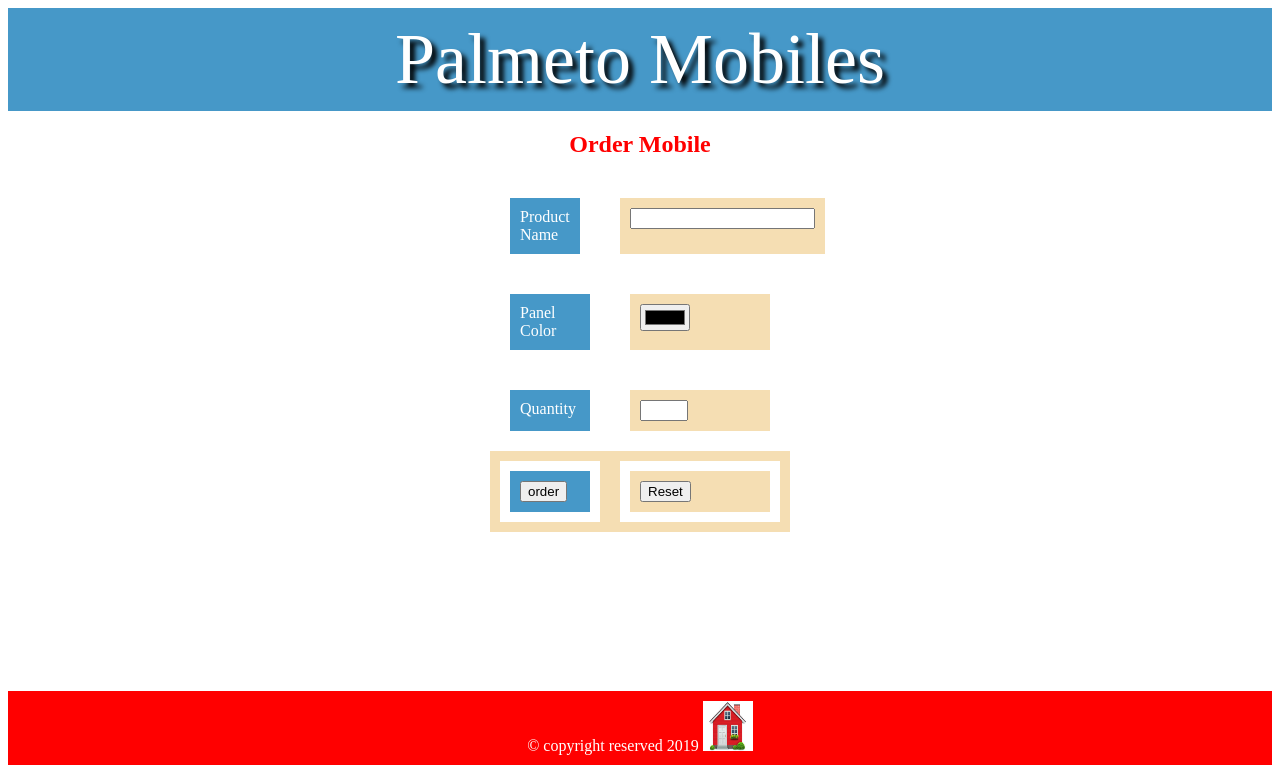
Repository: abhishekj720/HSBCLearn
Page: http://localhost/HtmlCssDemo/order.html
An editor plug-in stored every save of this project. The page is shown before and after the next save, followed by the edit.
The browser window is 1280 px wide. The pictures show the whole page.
The page is served by Tomcat 9.

Above is the page before, as saved 2019-07-29 10:46:19.

After the next save:
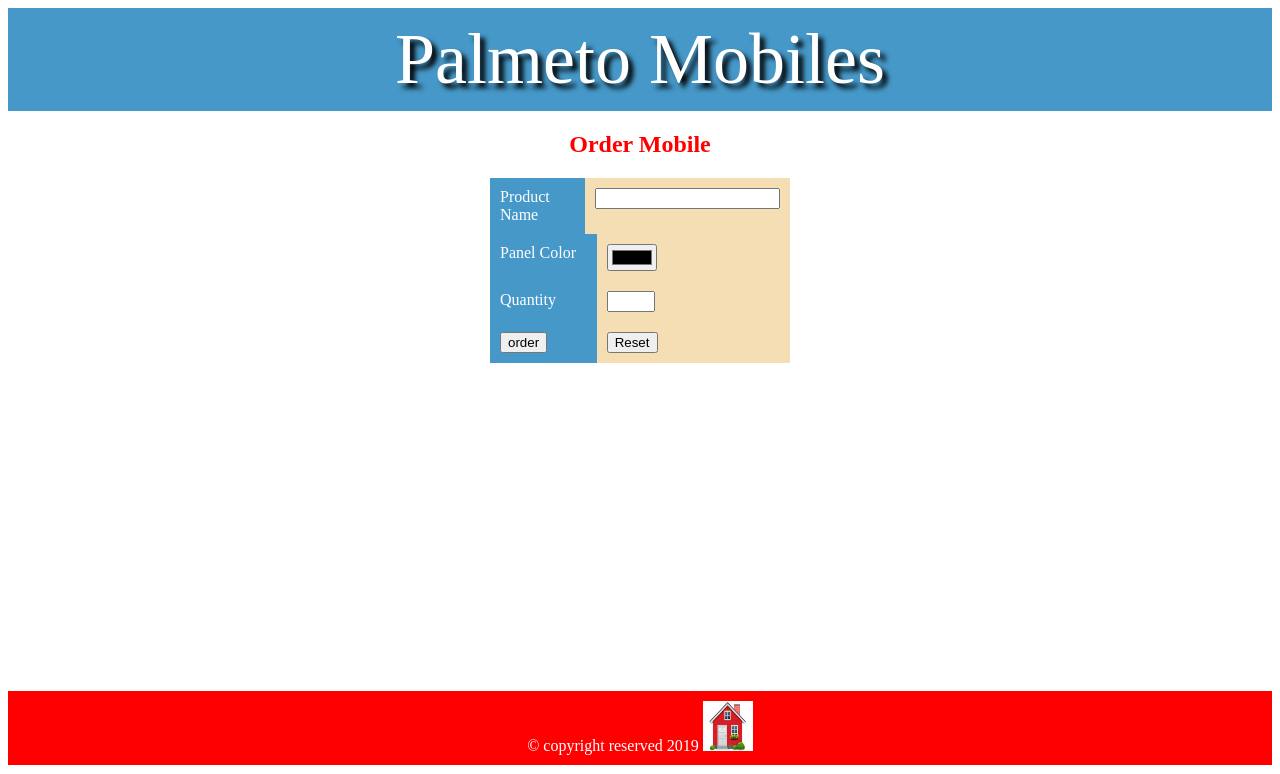
Saved 43 s later.
--- a/html/HtmlCssDemo/WebContent/frm.css
+++ b/html/HtmlCssDemo/WebContent/frm.css
@@ -8,16 +8,14 @@ th,td{
 }
 .title{
 	background-color:#4698c8;
-	margin:10px;
-	border:10px solid white;
+
 	width:100px;
 	padding:10px;
 	color:white;
 }
 .data{
 	background-color:wheat;
-	margin:10px;
-	border:10px solid white;
+
 	width:200px;
 	padding:10px;
 }
